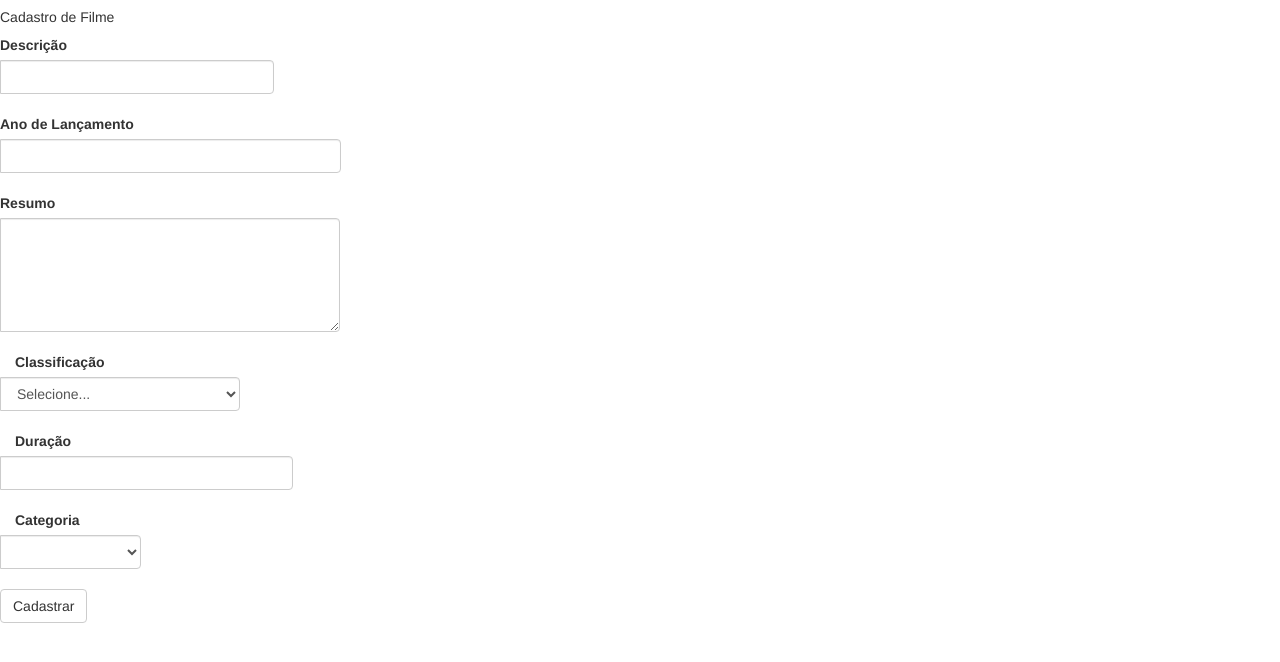
Repository: cadupedrassani/CursoDeJava
Page: Avaliação/BaseAPI/WebApp/src/main/webapp/filme/cadastro.html
An editor plug-in stored every save of this project. The page is shown before and after the next save, followed by the edit.
The browser window is 1280 px wide. The pictures show the whole page.

Above is the page before, as saved 2016-12-06 16:49:54.

After the next save:
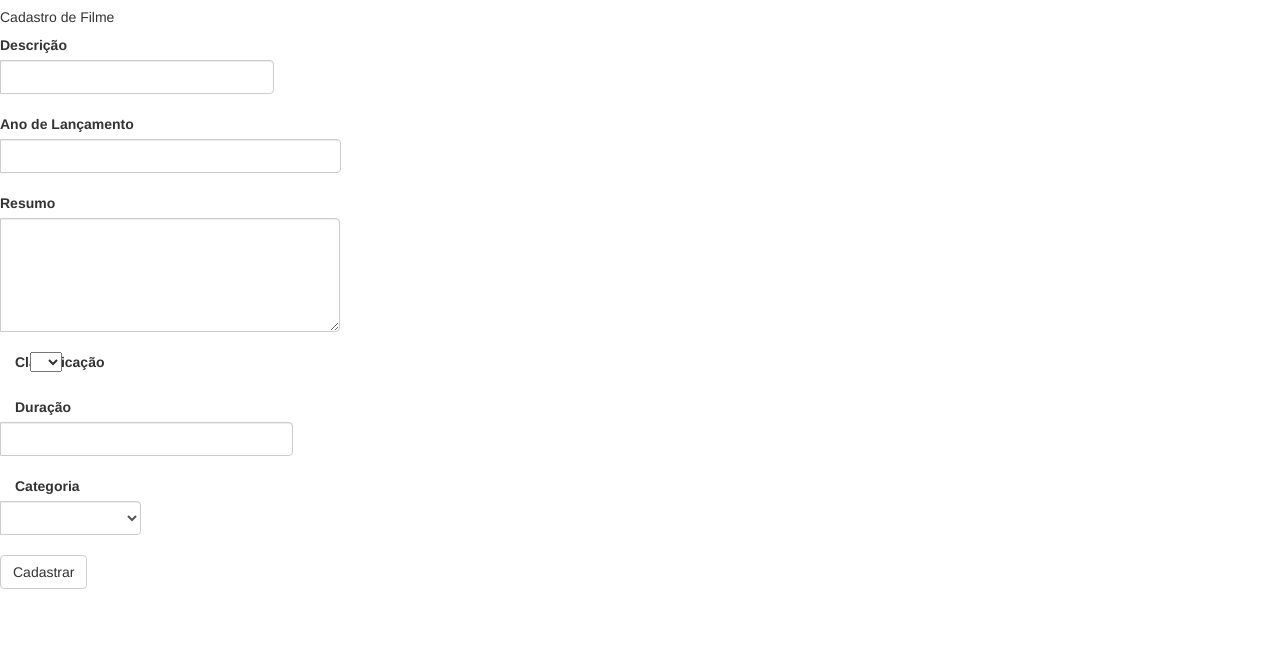
Saved 5 s later.
--- a/Avaliação/BaseAPI/WebApp/src/main/webapp/filme/cadastro.html
+++ b/Avaliação/BaseAPI/WebApp/src/main/webapp/filme/cadastro.html
@@ -36,7 +36,7 @@
 
 <div class="input-group">
 	<label class="control-label col-sm-1">Classificação</label>
-		<select id="classificacao-filme" class="form-control">
+		<select id="classificacao-filme" class="control-label col-sm-1">
     		<option value="" disabled="disabled" selected="selected">Selecione...</option>
     		<option value="1">1</option>
     		<option value="2">2</option>
